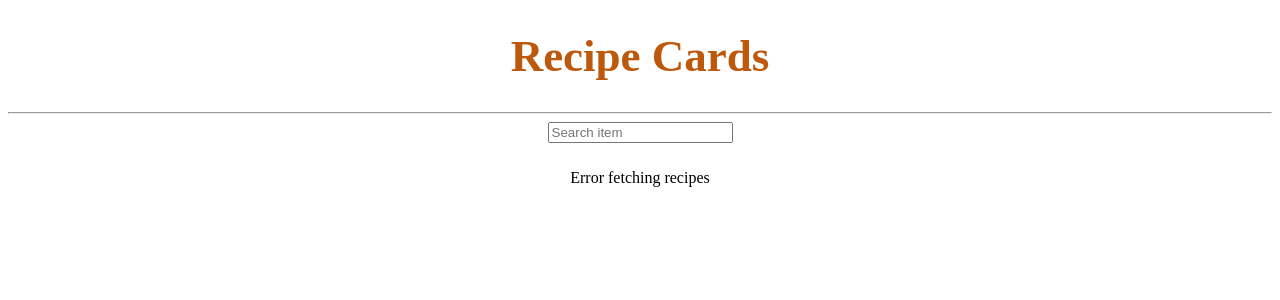
Repository: SharonSebastian32/food-search-filter-
Page: index.html
The author's editor kept a copy of each file at every save. The page is drawn from the files as they stood at one save, then again after a run of saves.
The browser window is 1280 px wide. The pictures show the whole page.
The page's requests for data from a server got no answer.

Above is the page before, as saved 2024-10-11 12:29:03.

After the next 3 saves:
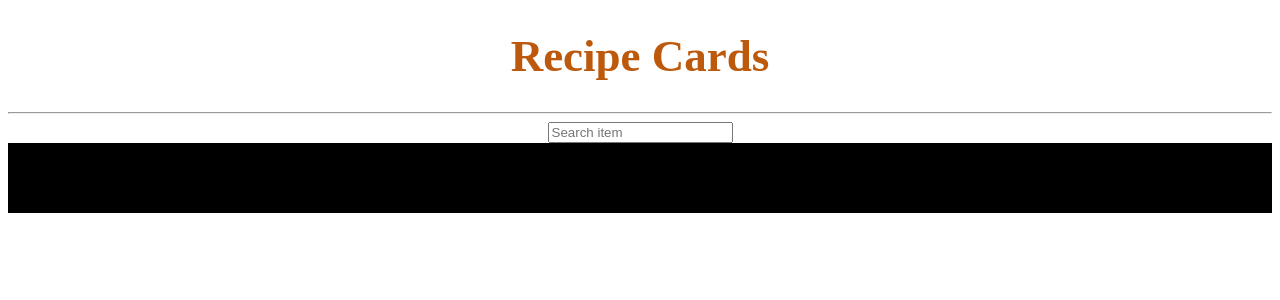
The 3 saves are shown as one change because they came seconds apart.
The last was saved 11 s later.
--- a/index.html
+++ b/index.html
@@ -13,7 +13,6 @@
         width: 250px;
         display: inline-block;
         vertical-align: top;
-
       }
       .card img {
         width: 200px;
@@ -59,7 +58,11 @@
       <center><input type="text" placeholder="Search item " /></center>
     </div>
 
-    <div id="recipe-root" class="card-container"></div>
+    <div
+      id="recipe-root"
+      class="card-container"
+      style="background-color: black"
+    ></div>
 
     <script src="./index.js"></script>
   </body>
